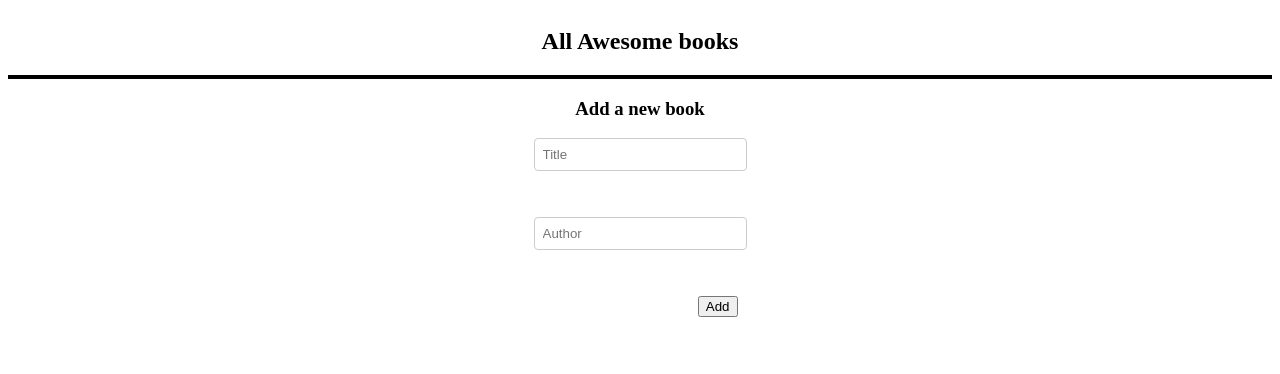
Repository: Salimer/Awesome-books
Page: index.html
The author's editor kept a copy of each file at every save. The page is drawn from the files as they stood at one save, then again after the next save.
The browser window is 1280 px wide. The pictures show the whole page.
The style sheet was rebuilt from its Sass, Less or Tailwind sources for each picture, by a compiler version that may differ from the author's.

Above is the page before, as saved 2023-04-25 12:06:53.

After the next save:
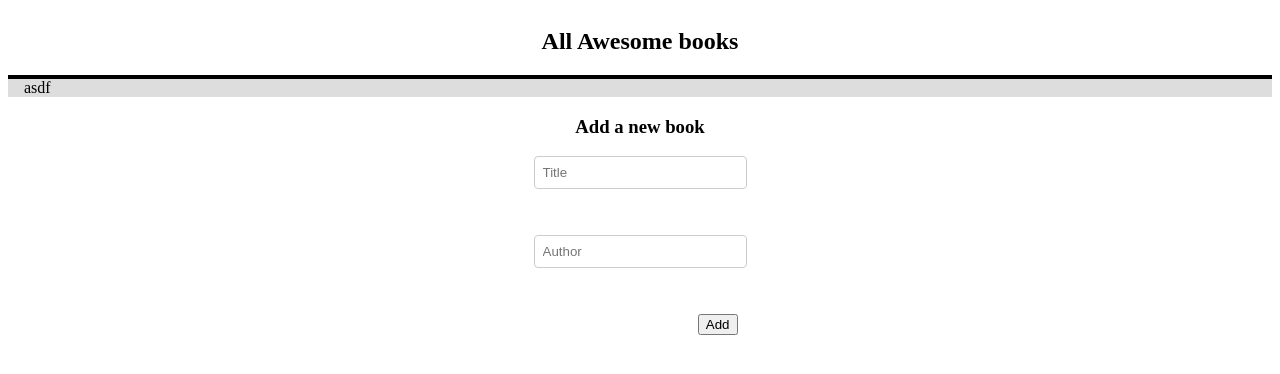
Saved 54 s later.
--- a/index.html
+++ b/index.html
@@ -14,7 +14,7 @@
             <article class="books">
 
             </article>
-            <div class="underline"></div>
+            <div class="underline">asdf</div>
         </section>
             <form id="form">
                 <article class="new-book">
